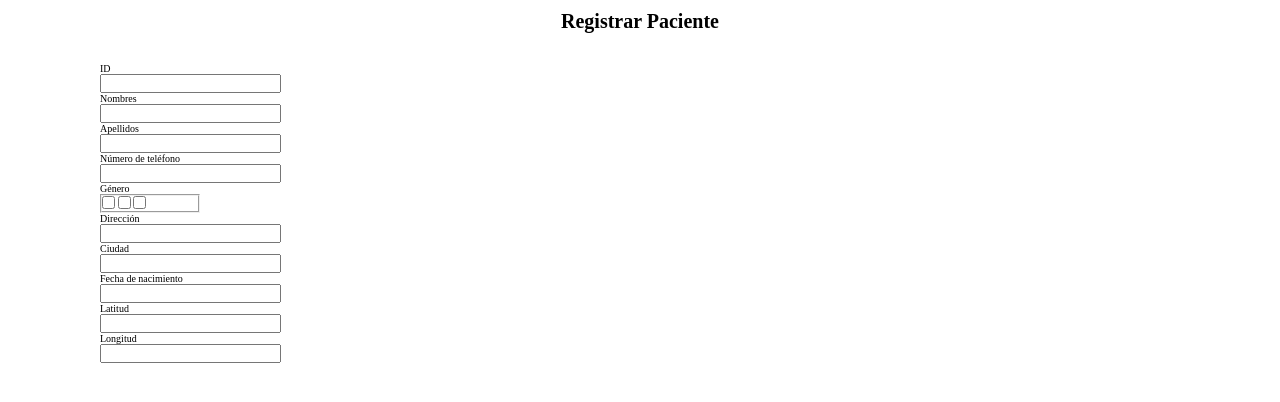
Repository: alexvl06/HospiEnCasa
Page: HospiEnCasa.App/HospiEnCasa.App.Frontend/pacientForm.html
These files come from the project's save history. The page is drawn as it stood at one moment and after the next save; the edit follows.
The browser window is 1280 px wide. The pictures show the whole page.

Above is the page before, as saved 2022-07-05 16:43:28.

### HospiEnCasa.App/HospiEnCasa.App.Frontend/pacientForm.html
<!DOCTYPE html>
<html lang="es">
  <head>
    <meta charset="UTF-8" />
    <meta http-equiv="X-UA-Compatible" content="IE=edge" />
    <meta
      name="viewport"
      content="width=device-width
    , initial-scale=1.0"
    />
    <title>Formulario pacientes</title>
    <link rel="stylesheet" href="style.css">
  </head>
  <body>
    <header>
      <h1>Registrar Paciente</h1>
    </header>
    <main>
      <form action="">
        <label for="id">
          <span>ID</span>
          <input type="text" name="id" id="id" required />
        </label>
        <label for="firstname">
          <span>Nombres</span>
          <input
            type="text"
            name="firstname"
            id="firstname"
            requiredphonenumber
          />
        </label>
        <label for="lastname">
          <span>Apellidos</span>
          <input type="text" name="lastname" id="lastname" required />
        </label>
        <label for="phonenumber">
          <span>Número de teléfono</span>
          <input type="text" name="phonenumber" id="phonenumber" required />
        </label>
        <label for="genre">
          <span>Género</span>
          <fieldset>
            <input type="checkbox" name="male" id="male" />
            <input type="checkbox" name="female" id="female" />
            <input type="checkbox" name="other" id="other" />
          </fieldset>
        </label>
        <label for="address">
          <span>Dirección</span>
          <input type="text" name="address" id="address" required />
        </label>
        <label for="city">
          <span>Ciudad</span>
          <input type="text" name="city" id="city" required />
        </label>
        <label for="birthdate">
          <span>Fecha de nacimiento</span>
          <input type="text" name="birthdate" id="birthdate" required />
        </label>
        <label for="lat">
          <span>Latitud</span>
          <input type="text" name="lat" id="lat" />
        </label>
        <label for="long">
          <span>Longitud</span>
          <input type="text" name="long" id="long" />
        </label>
      </form>
    </main>

  </body>
</html>

### HospiEnCasa.App/HospiEnCasa.App.Frontend/style.css
*{
  box-sizing: border-box;
  margin:0;
  padding: 0;
}

html{
  font-size: 62.5%;
}

h1{
  display:flex;
  justify-content: center;
  margin: 1rem;
}

form{
  display: flex;
  flex-direction: column;
  width: 10rem;
  margin: 3rem 10rem;

}

After the next save:
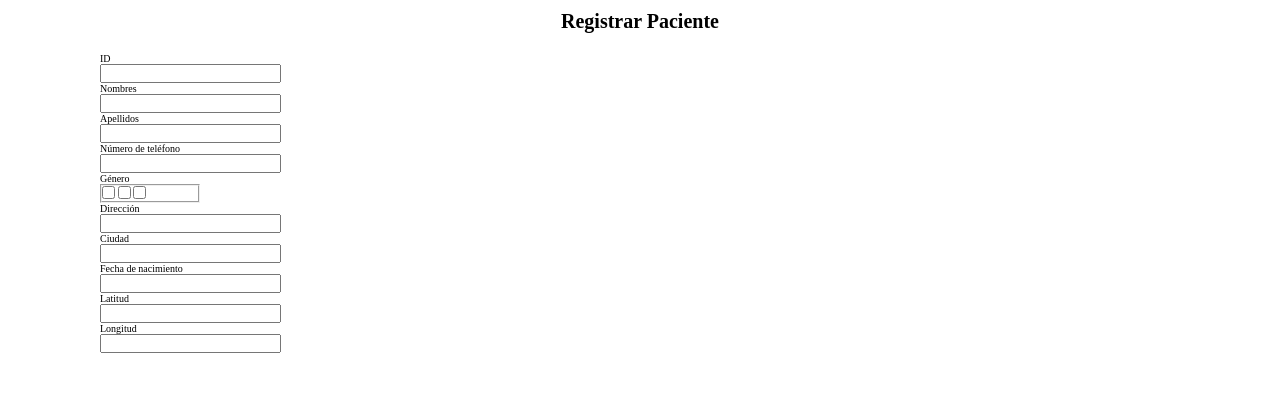
Saved 4 s later.
--- a/HospiEnCasa.App/HospiEnCasa.App.Frontend/style.css
+++ b/HospiEnCasa.App/HospiEnCasa.App.Frontend/style.css
@@ -18,6 +18,6 @@ form{
   display: flex;
   flex-direction: column;
   width: 10rem;
-  margin: 3rem 10rem;
+  margin: 2rem 10rem;
 
 }
